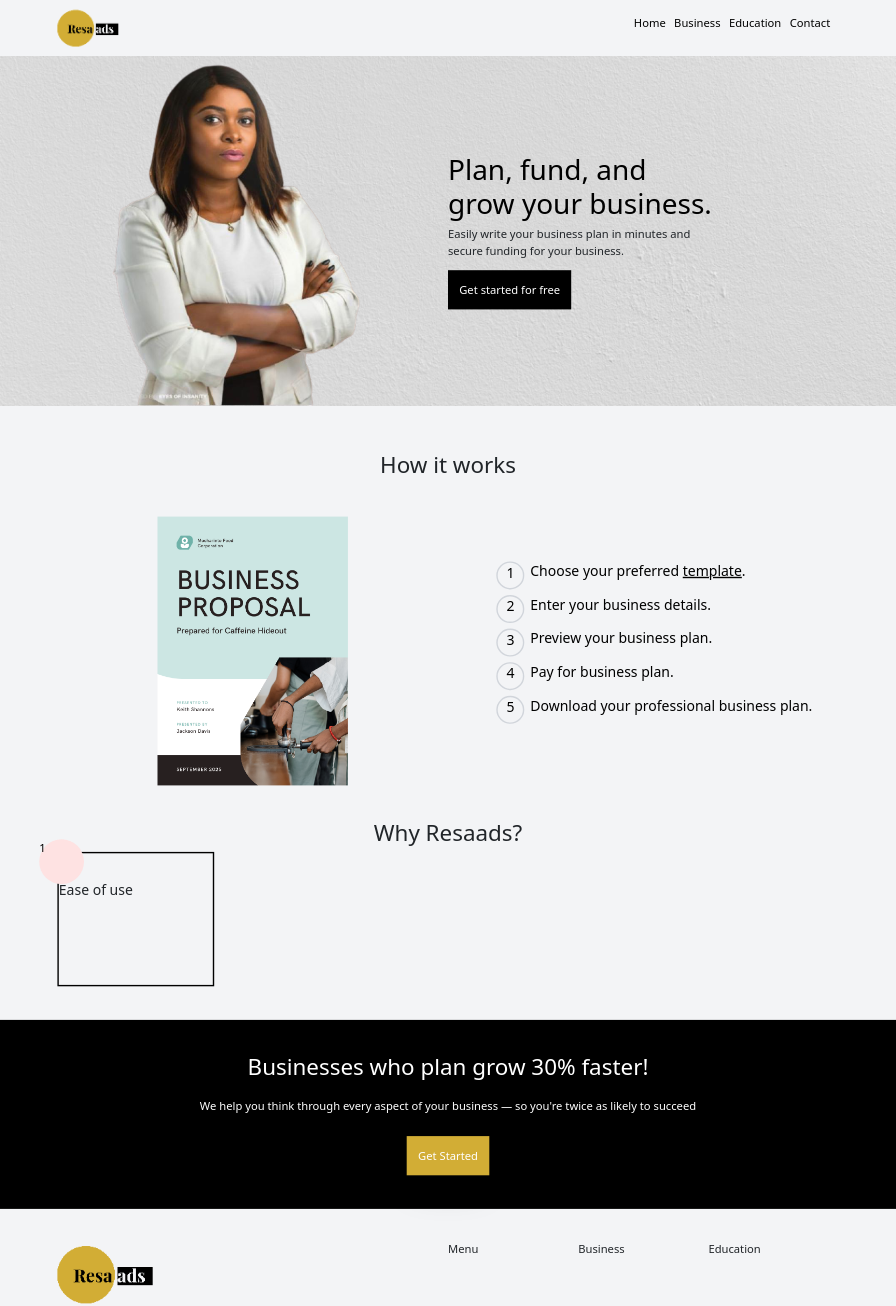
Repository: latenightsnacc/resaads-consults
Page: index.html
These files come from the project's save history. The page is drawn as it stood at one moment and after the next save; the edit follows.
The browser window is 1280 px wide. The pictures show the whole page, at 70% of full size.
Some web libraries are served in a nearby version.

Above is the page before, as saved 2021-08-05 12:35:55.

After the next save:
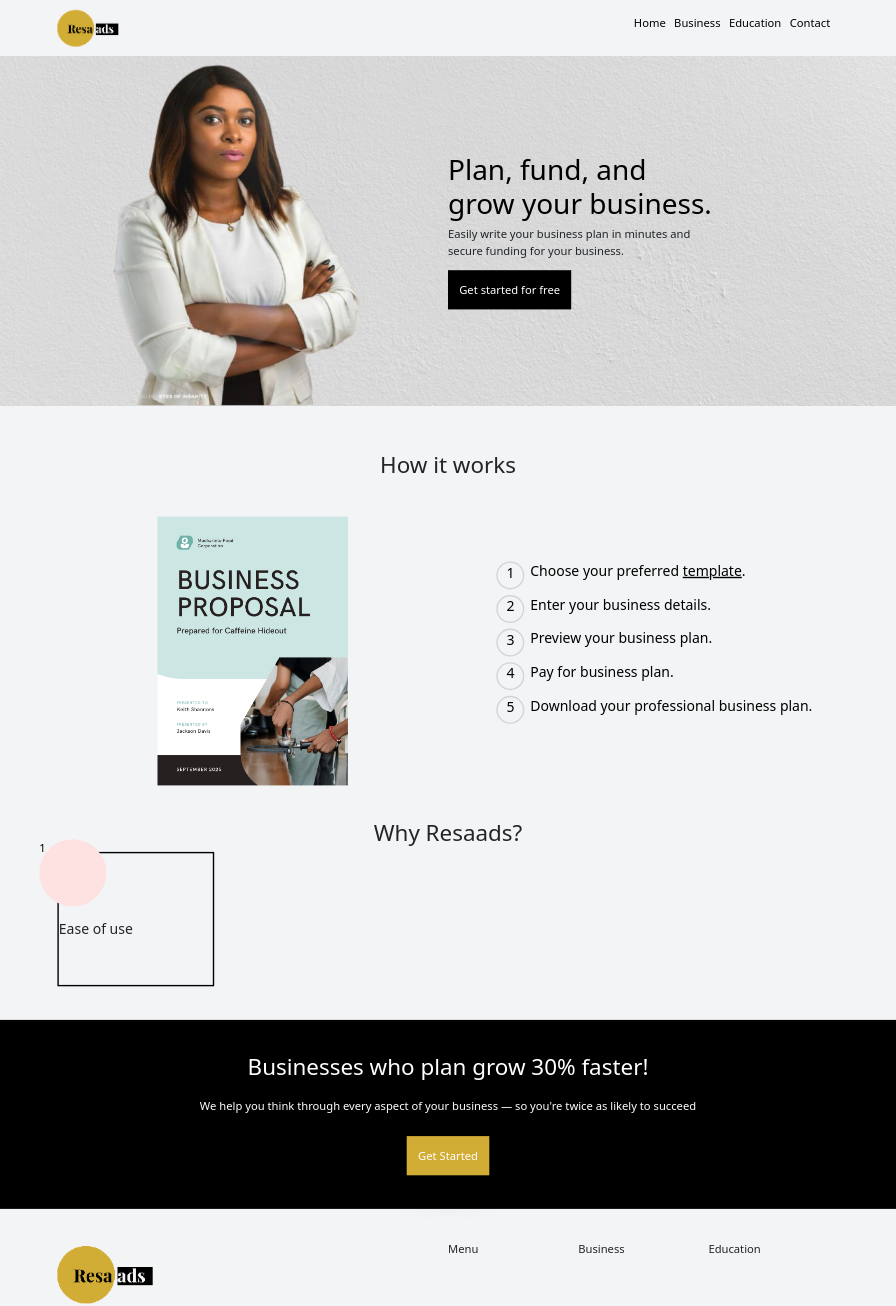
Saved 24 s later.
--- a/index.html
+++ b/index.html
@@ -125,10 +125,10 @@
                         <div class="relative w-56 h-48 hover:shadow-2xl border-2 border-black">
                             <div class="absolute -left-7 -top-5">
                                 <div class="">
-                                    <div class="text-black bg-red-100 rounded-full w-16 h-16">1</div>
+                                    <div class="text-black bg-red-100 rounded-full w-24 h-24">1</div>
                                 </div>
                             </div>
-                            <h5 class="mt-10">Ease of use</h5>
+                            <h5 class="mt-24">Ease of use</h5>
                         </div>
                     </div>
                     <div class="w-1/3"></div>
